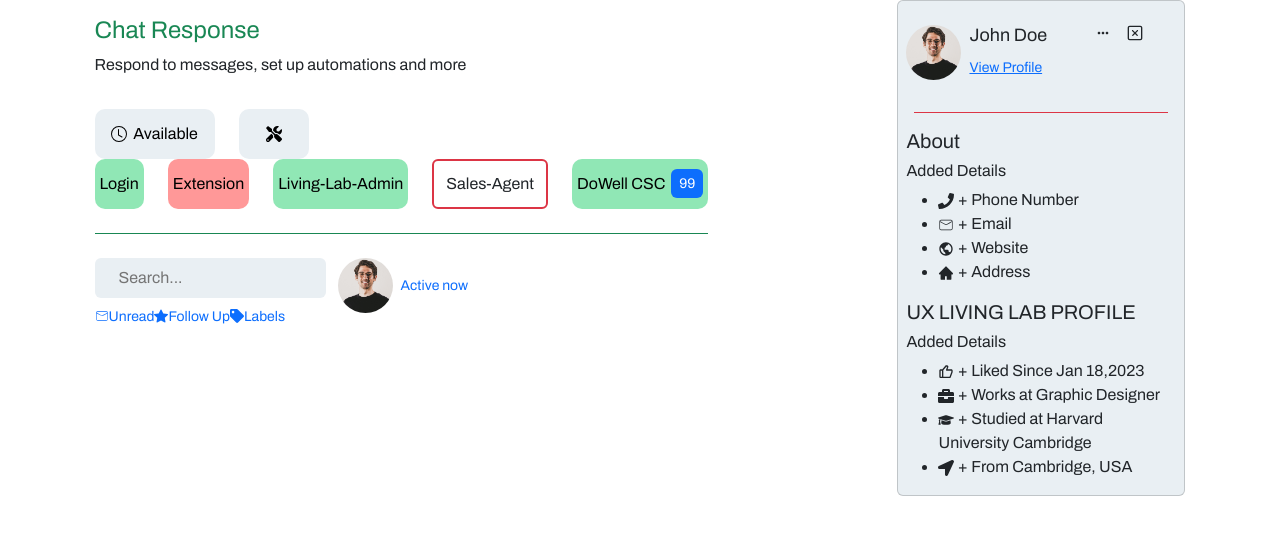
Repository: uh-sman/UX-Living-Lab-Chat
Page: /
The author's editor kept a copy of each file at every save. The page is drawn from the files as they stood at one save, then again after the next save.
The browser window is 1280 px wide. The pictures show the whole page.
The project was rebuilt for these pictures with package versions that can differ from the ones it lists, and the page was loaded fresh each time.

Above is the page before, as saved 2023-05-10 16:57:10.

After the next save:
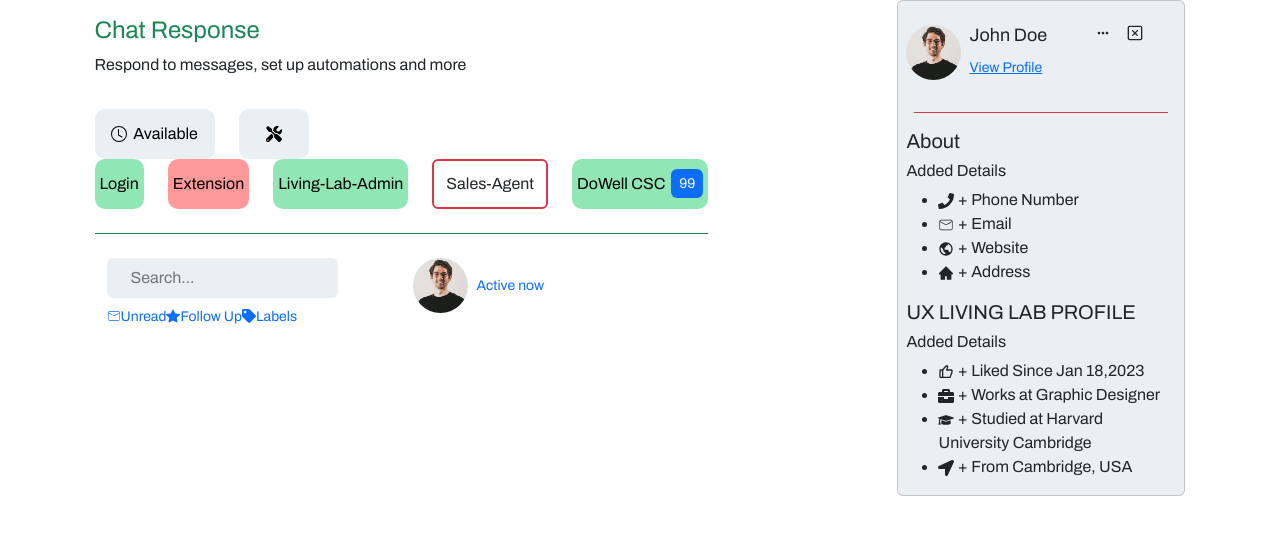
Saved 20 s later.
--- a/src/container/Chats/SearchBar.jsx
+++ b/src/container/Chats/SearchBar.jsx
@@ -4,7 +4,7 @@ import Icons from "./Icons";
 // BsStarFill;
 const SearchBar = () => {
   return (
-    <div className="pr-4">
+    <div className="container">
       <div className="overflow-y-scroll">
         <form>
           <input
